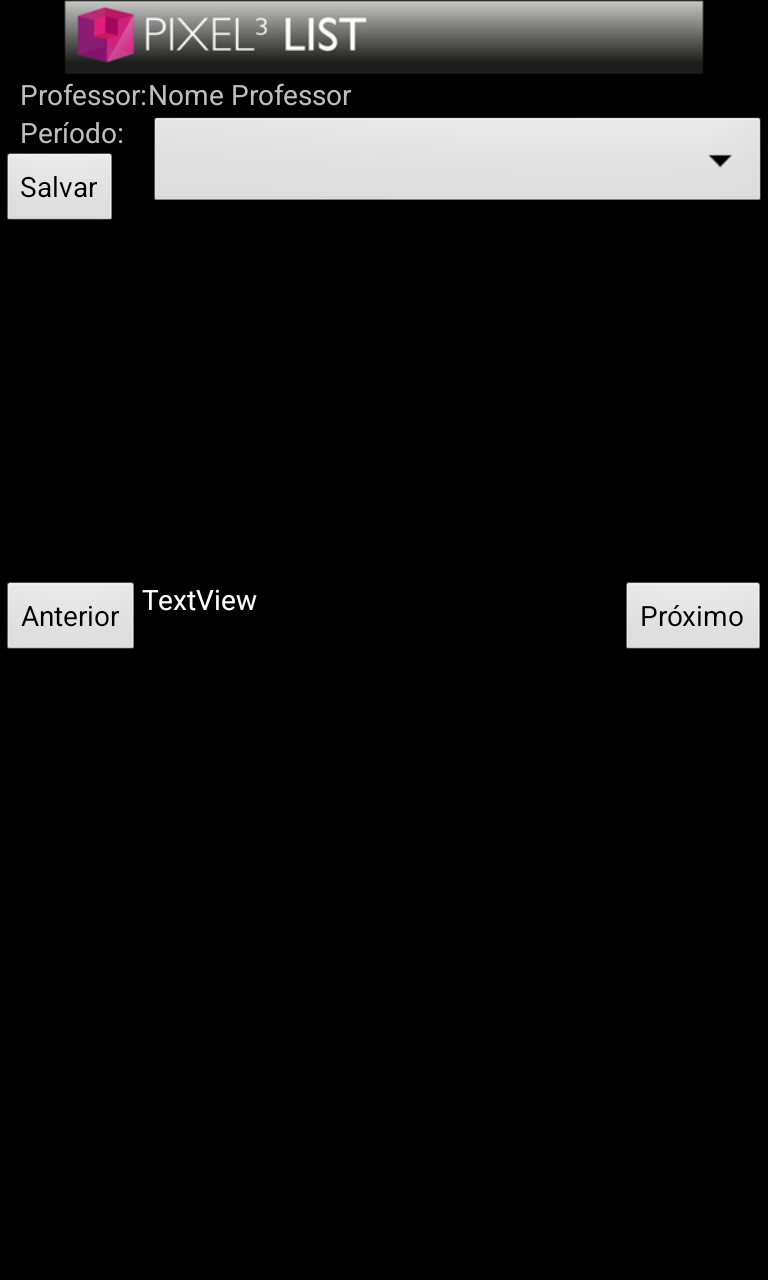
Repository: pixel3mobi/listaDigital
Layout: Pixel3List/res/layout/chamada.xml
These files come from the project's save history. The layout is drawn as it stood at one moment and after the next save; the edit follows.
It is drawn on a 768 x 1280 px phone screen (xhdpi) without system bars, with theme android:Theme; the app's code is not run. Lists and similar views that code fills are empty.

Above is the layout before, as saved 2011-03-26 00:32:35.

### Pixel3List/res/layout/chamada.xml
<?xml version="1.0" encoding="utf-8"?>
<RelativeLayout
	android:id="@+id/widget50"
	android:layout_width="fill_parent"
	android:layout_height="fill_parent"
	xmlns:android="http://schemas.android.com/apk/res/android">
	<ImageView
		android:id="@+id/cabecalho"
		android:src="@drawable/cabecalho"
		android:layout_width="fill_parent"
		android:layout_height="wrap_content"
		android:layout_alignParentTop="true"
		android:layout_alignParentLeft="true">
	</ImageView>
	<RelativeLayout
		android:layout_height="wrap_content"
		android:id="@+id/relativeLayout2"
		android:layout_width="wrap_content"
		android:layout_below="@+id/cabecalho"
		android:layout_alignLeft="@+id/cabecalho"
		android:layout_alignRight="@+id/cabecalho">
		<TextView
			android:id="@+id/txtProfessor"
			android:layout_height="wrap_content"
			android:paddingLeft="10dip"
			android:text="Professor:"
			android:layout_width="wrap_content"
			android:layout_alignParentTop="true">
		</TextView>
		<TextView android:id="@+id/txtPeriodo" android:layout_height="wrap_content" android:paddingLeft="10dip" android:layout_width="wrap_content" android:text="Período:" android:layout_below="@+id/txtProfessor" android:layout_alignLeft="@+id/txtProfessor"></TextView>
		<Button android:id="@+id/btnSalvar" android:paddingLeft="10dip" android:layout_height="40dip" android:layout_width="wrap_content" android:text="Salvar" android:layout_below="@+id/txtPeriodo" android:layout_alignLeft="@+id/txtPeriodo"></Button>
		<TextView android:id="@+id/nomeProfessor" android:layout_height="wrap_content" android:layout_width="wrap_content" android:text="Nome Professor" android:layout_toRightOf="@+id/txtProfessor" android:layout_alignTop="@+id/txtProfessor" android:layout_alignBottom="@+id/txtProfessor"></TextView>
		<Spinner android:layout_height="50dip" android:layout_width="fill_parent" android:paddingLeft="10dip" android:id="@+id/periodos" android:layout_below="@+id/nomeProfessor" android:layout_alignLeft="@+id/nomeProfessor"></Spinner>
	</RelativeLayout>
	<ListView
		android:id="@+id/alunos"
		android:layout_width="fill_parent"
		android:layout_height="300dip"
		android:layout_alignParentBottom="true"
		android:layout_alignParentRight="true">
	</ListView>
	<RelativeLayout android:layout_height="50dip" android:layout_width="wrap_content" android:id="@+id/relativeLayout1" android:layout_above="@+id/alunos" android:layout_alignLeft="@+id/alunos" android:layout_alignRight="@+id/alunos">
		<Button android:layout_alignParentLeft="true" android:id="@+id/btnAnterior" android:layout_height="40dip" android:layout_width="wrap_content" android:text="Anterior"></Button>
		<TextView android:id="@+id/txtData" android:layout_height="wrap_content" android:textColor="#FFFFFF" android:layout_width="wrap_content" android:text="TextView" android:layout_toRightOf="@+id/btnAnterior" android:layout_alignTop="@+id/btnAnterior" android:layout_alignBottom="@+id/btnAnterior"></TextView>
		<Button android:id="@+id/btnProximo" android:layout_height="40dip" android:layout_width="wrap_content" android:text="Próximo" android:layout_alignParentRight="true"></Button>
	</RelativeLayout>
</RelativeLayout>

After the next save:
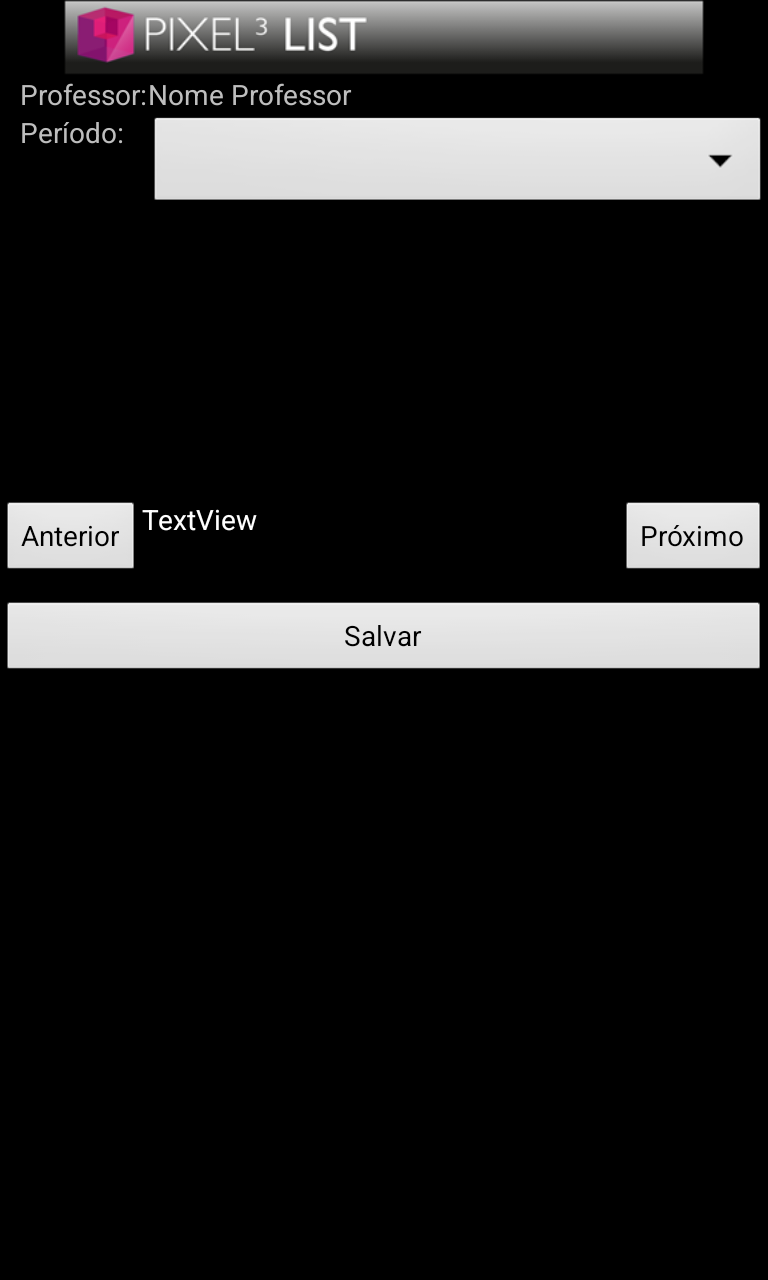
Saved 3 min 17 s later.
--- a/Pixel3List/res/layout/chamada.xml
+++ b/Pixel3List/res/layout/chamada.xml
@@ -28,7 +28,6 @@
 			android:layout_alignParentTop="true">
 		</TextView>
 		<TextView android:id="@+id/txtPeriodo" android:layout_height="wrap_content" android:paddingLeft="10dip" android:layout_width="wrap_content" android:text="Período:" android:layout_below="@+id/txtProfessor" android:layout_alignLeft="@+id/txtProfessor"></TextView>
-		<Button android:id="@+id/btnSalvar" android:paddingLeft="10dip" android:layout_height="40dip" android:layout_width="wrap_content" android:text="Salvar" android:layout_below="@+id/txtPeriodo" android:layout_alignLeft="@+id/txtPeriodo"></Button>
 		<TextView android:id="@+id/nomeProfessor" android:layout_height="wrap_content" android:layout_width="wrap_content" android:text="Nome Professor" android:layout_toRightOf="@+id/txtProfessor" android:layout_alignTop="@+id/txtProfessor" android:layout_alignBottom="@+id/txtProfessor"></TextView>
 		<Spinner android:layout_height="50dip" android:layout_width="fill_parent" android:paddingLeft="10dip" android:id="@+id/periodos" android:layout_below="@+id/nomeProfessor" android:layout_alignLeft="@+id/nomeProfessor"></Spinner>
 	</RelativeLayout>
@@ -39,9 +38,10 @@
 		android:layout_alignParentBottom="true"
 		android:layout_alignParentRight="true">
 	</ListView>
-	<RelativeLayout android:layout_height="50dip" android:layout_width="wrap_content" android:id="@+id/relativeLayout1" android:layout_above="@+id/alunos" android:layout_alignLeft="@+id/alunos" android:layout_alignRight="@+id/alunos">
+	<Button android:id="@+id/btnSalvar" android:layout_height="40dip" android:layout_width="wrap_content" android:paddingLeft="10dip" android:text="Salvar" android:layout_above="@+id/alunos" android:layout_alignLeft="@+id/alunos" android:layout_alignRight="@+id/alunos"></Button>
+	<RelativeLayout android:layout_height="50dip" android:layout_width="wrap_content" android:id="@+id/relativeLayout1" android:layout_above="@+id/btnSalvar" android:layout_alignLeft="@+id/btnSalvar" android:layout_alignRight="@+id/btnSalvar">
 		<Button android:layout_alignParentLeft="true" android:id="@+id/btnAnterior" android:layout_height="40dip" android:layout_width="wrap_content" android:text="Anterior"></Button>
-		<TextView android:id="@+id/txtData" android:layout_height="wrap_content" android:textColor="#FFFFFF" android:layout_width="wrap_content" android:text="TextView" android:layout_toRightOf="@+id/btnAnterior" android:layout_alignTop="@+id/btnAnterior" android:layout_alignBottom="@+id/btnAnterior"></TextView>
-		<Button android:id="@+id/btnProximo" android:layout_height="40dip" android:layout_width="wrap_content" android:text="Próximo" android:layout_alignParentRight="true"></Button>
+		<TextView android:layout_alignTop="@+id/btnAnterior" android:layout_toRightOf="@+id/btnAnterior" android:id="@+id/txtData" android:layout_height="wrap_content" android:textColor="#FFFFFF" android:layout_width="wrap_content" android:text="TextView" android:layout_alignBottom="@+id/btnAnterior"></TextView>
+		<Button android:id="@+id/btnProximo" android:layout_alignParentRight="true" android:layout_height="40dip" android:layout_width="wrap_content" android:text="Próximo"></Button>
 	</RelativeLayout>
 </RelativeLayout>
